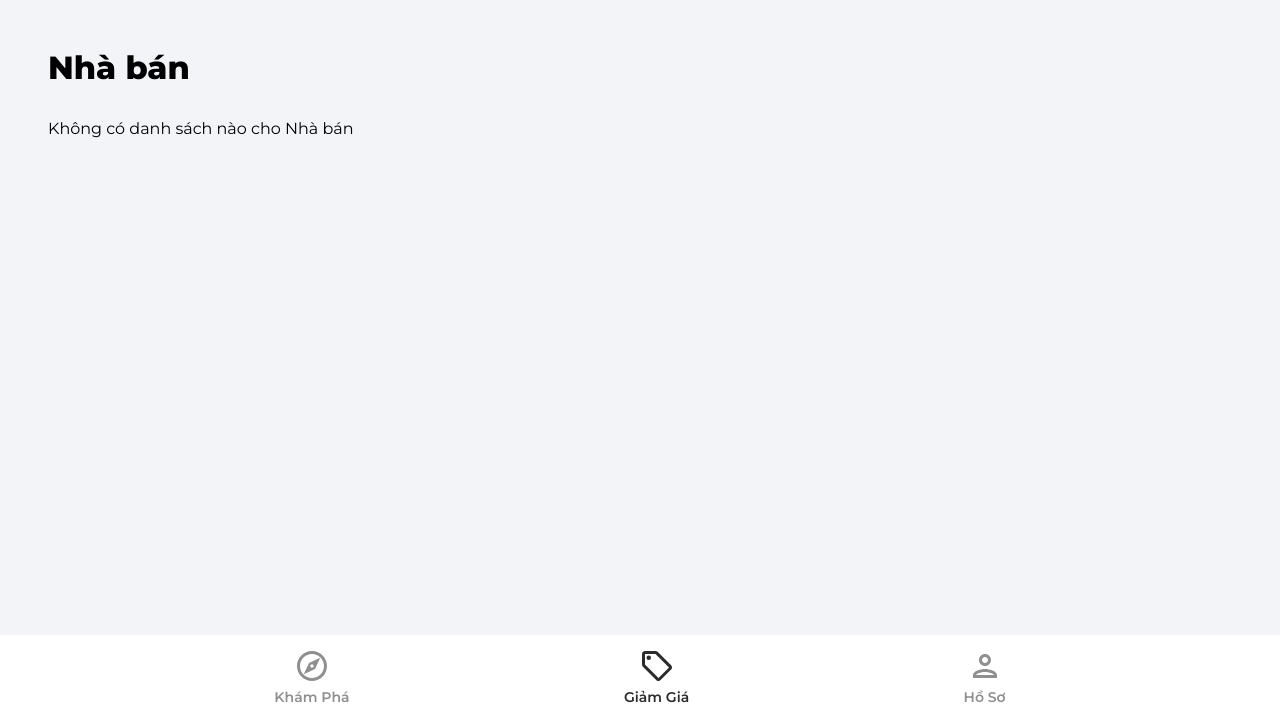
Repository: haokiet2501/house-demo
Page: /offers
The author's editor kept a copy of each file at every save. The page is drawn from the files as they stood at one save, then again after the next save.
The browser window is 1280 px wide. The pictures show the whole page.
The page's requests for data from a server got no answer. The project was rebuilt for these pictures with package versions that can differ from the ones it lists, and the page was loaded fresh each time. No one was signed in, and anything a server would have sent is missing. Also part of the build but not shown: src/pages/Explore.jsx, src/components/ListingItem.jsx, src/pages/Category.jsx, src/pages/Profile.jsx, src/components/OAuth.jsx, src/pages/SignIn.jsx, src/pages/SignUp.jsx, src/pages/ForgotPassword.jsx and 2 more.

Above is the page before, as saved 2022-03-17 18:11:55.

### public/index.html
<!DOCTYPE html>
<html lang="en">
  <head>
    <meta charset="utf-8" />
    <link rel="icon" href="%PUBLIC_URL%/favicon.png" />
    <meta name="viewport" content="width=device-width, initial-scale=1" />
    <meta name="theme-color" content="#000000" />
    <meta
      name="description"
      content="Web site created using create-react-app"
    />
    <link rel="apple-touch-icon" href="%PUBLIC_URL%/logo192.png" />

    <link rel="manifest" href="%PUBLIC_URL%/manifest.json" />

    <title>Nhà Tốt</title>
  </head>
  <body>
    <noscript>You need to enable JavaScript to run this app.</noscript>
    <div id="root"></div>

  </body>
</html>

### src/index.css
@import url('https://fonts.googleapis.com/css2?family=Montserrat:wght@200;300;400;500;600;700;800;900&display=swap');
* {
  box-sizing: border-box;
}

html::-webkit-scrollbar {
  display: none;
}

body {
  font-family: 'Montserrat', sans-serif;
  background-color: #f2f4f8;
  margin: 0;
  box-sizing: border-box;
}

a {
  text-decoration: none;
  display: block;
  color: #000000;
}

button {
  outline: none;
  border: none;
}

.input,
.passwordInput,
.emailInput,
.nameInput,
.textarea {
  box-shadow: rgba(0, 0, 0, 0.11);
  border: none;
  background: #ffffff;
  border-radius: 3rem;
  height: 3rem;
  width: 100%;
  outline: none;
  font-family: 'Montserrat', sans-serif;
  padding: 0 3rem;
  font-size: 1rem;
}
@media (min-width: 1100px) {
  .input,
  .passwordInput,
  .emailInput,
  .nameInput,
  .textarea {
    padding: 0 5rem;
  }
}

.textarea {
  padding: 1rem 1.5rem;
  height: 300px;
  border-radius: 1rem;
}

.primaryButton {
  cursor: pointer;
  background: #00cc66;
  border-radius: 1rem;
  padding: 0.85rem 2rem;
  color: #ffffff;
  font-weight: 600;
  font-size: 1.25rem;
  width: 80%;
  margin: 0 auto;
  display: flex;
  align-items: center;
  justify-content: center;
}

.removeIcon {
  cursor: pointer;
  position: absolute;
  top: -3%;
  right: -2%;
}

.editIcon {
  cursor: pointer;
  position: absolute;
  top: -3.4%;
  right: 20px;
}

.pageContainer,
.offers,
.profile,
.listingDetails,
.category,
.explore {
  margin: 1rem;
}
@media (min-width: 1024px) {
  .pageContainer,
  .offers,
  .profile,
  .listingDetails,
  .category,
  .explore {
    margin: 3rem;
  }
}

.loadingSpinnerContainer {
  position: fixed;
  top: 0;
  right: 0;
  bottom: 0;
  left: 0;
  background-color: rgba(0, 0, 0, 0.5);
  z-index: 5000;
  display: flex;
  justify-content: center;
  align-items: center;
}

.loadingSpinner {
  width: 64px;
  height: 64px;
  border: 8px solid;
  border-color: #00cc66 transparent #00cc66 transparent;
  border-radius: 50%;
  animation: spin 1.2s linear infinite;
}
@keyframes spin {
  0% {
    transform: rotate(0deg);
  }
  100% {
    transform: rotate(360deg);
  }
}

.pageHeader {
  font-size: 2rem;
  font-weight: 800;
}

.navbar {
  position: fixed;
  left: 0;
  bottom: 0;
  right: 0;
  height: 85px;
  background-color: #ffffff;
  z-index: 1000;
  display: flex;
  justify-content: center;
  align-items: center;
}

.navbarNav {
  width: 100%;
  margin-top: 0.75rem;
  overflow-y: hidden;
}

.navbarListItems {
  margin: 0;
  padding: 0;
  display: flex;
  justify-content: space-evenly;
  align-items: center;
}

.navbarListItem {
  cursor: pointer;
  display: flex;
  flex-direction: column;
  justify-content: space-evenly;
  align-items: center;
}

.navbarListItemName,
.navbarListItemNameActive {
  margin-top: 0.25rem;
  font-size: 14px;
  font-weight: 600;
  color: #8f8f8f;
}
.navbarListItemNameActive {
  color: #2c2c2c;
}

.nameInput {
  margin-bottom: 2rem;
  background: url('./assets/svg/badgeIcon.svg') #ffffff 2.5% center no-repeat;
}

.emailInput {
  margin-bottom: 2rem;
  background: url('./assets/svg/personIcon.svg') #ffffff 2.5% center no-repeat;
}

.passwordInputDiv {
  position: relative;
}

.passwordInput {
  margin-bottom: 2rem;
  background: url('./assets/svg/lockIcon.svg') #ffffff 2.5% center no-repeat;
}

.showPassword {
  cursor: pointer;
  position: absolute;
  top: -4%;
  right: 1%;
  padding: 1rem;
}

.forgotPasswordLink {
  cursor: pointer;
  color: #00cc66;
  font-weight: 600;
  text-align: right;
}

.signInBar,
.signUpBar {
  margin-top: 3rem;
  display: flex;
  justify-content: space-between;
  align-items: center;
  position: inherit;
}

.signInButton,
.signUpButton,
.signInText,
.signUpText {
  cursor: pointer;
}
@media (min-width: 1024px) {
  .signInBar,
  .signUpBar {
    justify-content: start;
  }
}

.signInText,
.signUpText {
  font-size: 1.5rem;
  font-weight: 700;
}

.signInButton,
.signUpButton {
  display: flex;
  justify-content: center;
  align-items: center;
  width: 3rem;
  height: 3rem;
  background-color: #00cc66;
  border-radius: 50%;
}
@media (min-width: 1024px) {
  .signInButton,
  .signUpButton {
    margin-left: 3rem;
  }
}

.socialLogin {
  margin-top: 4rem;
  display: flex;
  flex-direction: column;
  align-items: center;
}

.socialIconDiv {
  cursor: pointer;
  display: flex;
  justify-content: center;
  align-items: center;
  padding: 0.75rem;
  margin: 1.5rem;
  width: 3rem;
  height: 3rem;
  background-color: #ffffff;
  border-radius: 50%;
  box-shadow: 0 4px 8px 0 rgba(0, 0, 0, 0.1);
}

.socialIconImg {
  width: 100%;
}

.registerLink {
  margin-top: 4rem;
  color: #00cc66;
  font-weight: 600;
  text-align: center;
  margin-bottom: 3rem;
}

@media (min-width: 1217px) {
  .explore {
    margin-bottom: 10rem;
  }
}
@media (max-height: 536) {
  .explore {
    margin-bottom: 10rem;
  }
}

.exploreHeading,
.exploreCategoryHeading {
  font-weight: 700;
  font-size: 1.5rem;
}

.exploreCategoryHeading {
  margin-top: 3rem;
}

.swiper-container {
  min-height: 225px;
  height: 23vw;
}

.swiper-pagination-bullet-active {
  background-color: #ffffff !important;
}

.swiperSlideDiv {
  position: relative;
  width: 100%;
  height: 100%;
}

.swiperSlideImg {
  width: 100%;
  object-fit: cover;
}

.swiperSlideText {
  color: #ffffff;
  position: absolute;
  top: 70px;
  left: 0;
  font-weight: 600;
  max-width: 90%;
  font-size: 1.25rem;
  background-color: rgba(0, 0, 0, 0.8);
  padding: 0.5rem;
}
@media (min-width: 1024px) {
  .swiperSlideText {
    font-size: 1.75rem;
  }
}

.swiperSlidePrice {
  color: #000000;
  position: absolute;
  top: 143px;
  left: 11px;
  font-weight: 600;
  max-width: 90%;
  background-color: #ffffff;
  padding: 0.25rem 0.5rem;
  border-radius: 1rem;
}
@media (min-width: 1024px) {
  .swiperSlidePrice {
    font-size: 1.25rem;
  }
}

.exploreCategories {
  display: flex;
  justify-content: space-between;
}
.exploreCategories a {
  width: 48%;
}

.exploreCategoryImg {
  min-height: 115px;
  height: 15vw;
  width: 100%;
  border-radius: 1.5rem;
  object-fit: cover;
  margin: 0 auto;
}

.exploreCategoryName {
  font-weight: 600;
  color: #333333;
  text-align: left;
}

.category {
  margin-bottom: 10rem;
}

.categoryListings {
  padding: 0;
}

.categoryListing {
  display: flex;
  justify-content: space-between;
  align-items: center;
  margin-bottom: 1rem;
  position: relative;
}

.categoryListingLink {
  display: contents;
}

.categoryListingImg {
  width: 30%;
  height: 100px;
  border-radius: 1.5rem;
  object-fit: cover;
}
@media (min-width: 1024px) {
  .categoryListingImg {
    width: 19%;
    height: 217px;
  }
}

.categoryListingDetails {
  width: 65%;
}
@media (min-width: 1024px) {
  .categoryListingDetails {
    width: 79%;
  }
}

.categoryListingLocation {
  font-weight: 600;
  font-size: 1rem;
  opacity: 0.8;
  margin-bottom: 5px;
}

.categoryListingName {
  font-weight: 600;
  font-size: 1.25rem;
  margin: 0;
}

.categoryListingPrice {
  margin-top: 0.5rem;
  font-weight: 600;
  font-size: 1.1rem;
  color: #00cc66;
  margin-bottom: 0;
  display: flex;
  align-items: center;
}

.categoryListingInfoDiv {
  display: flex;
  justify-content: space-between;
  max-width: 275px;
}

.categoryListingInfoText {
  font-weight: 500;
  font-size: 0.9rem;
}

.loadMore {
  cursor: pointer;
  width: 8rem;
  margin: 0 auto;
  text-align: center;
  padding: 0.25rem 0.5rem;
  background-color: #000000;
  color: #ffffff;
  font-weight: 600;
  border-radius: 1rem;
  opacity: 0.7;
  margin-top: 2rem;
}

.listingDetails {
  margin-bottom: 10rem;
}

.shareIconDiv {
  cursor: pointer;
  position: fixed;
  top: 3%;
  right: 5%;
  z-index: 2;
  background-color: #ffffff;
  border-radius: 50%;
  width: 3rem;
  height: 3rem;
  display: flex;
  justify-content: center;
  align-items: center;
}

.listingName {
  font-weight: 600;
  font-size: 1.5rem;
  margin-bottom: 0.5rem;
}

.listingLocation {
  margin-top: 0;
  font-weight: 600;
}

.discountPrice {
  padding: 0.25rem 0.5rem;
  background-color: #000000;
  color: #ffffff;
  border-radius: 1rem;
  font-size: 0.8rem;
  font-weight: 600;
  display: inline;
}

.listingType {
  padding: 0.25rem 0.5rem;
  background-color: #00cc66;
  color: #ffffff;
  border-radius: 2rem;
  display: inline;
  font-weight: 600;
  font-size: 0.8rem;
  margin-right: 1rem;
}

.listingDetailsList {
  padding: 0;
  list-style-type: none;
}
.listingDetailsList li {
  margin: 0.3rem 0;
  font-weight: 500;
  opacity: 0.8;
}

.listingLocationTitle {
  margin-top: 2rem;
  font-weight: 600;
  font-size: 1.25rem;
}

.leafletContainer {
  width: 100%;
  height: 200px;
  overflow-x: hidden;
  margin-bottom: 3rem;
}
@media (min-width: 1024px) {
  .leafletContainer {
    height: 400px;
  }
}

.linkCopied {
  position: fixed;
  top: 9%;
  right: 5%;
  z-index: 2;
  background-color: #ffffff;
  border-radius: 1rem;
  padding: 0.5rem 1rem;
  font-weight: 600;
}

.contactListingName {
  margin-top: -1rem;
  margin-bottom: 0;
  font-weight: 600;
}

.contactListingLocation {
  margin-top: 0.25rem;
  font-weight: 600;
}

.contactLandlord {
  margin-top: 2rem;
  display: flex;
  align-items: center;
}

.landlordName {
  font-weight: 600;
  font-size: 1.2rem;
}

.messageForm {
  margin-top: 0.5rem;
}

.messageDiv {
  margin-top: 2rem;
  display: flex;
  flex-direction: column;
  margin-bottom: 4rem;
}

.messageLabel {
  margin-bottom: 0.5rem;
}

.profile {
  margin-bottom: 10rem;
}

.profileHeader {
  display: flex;
  justify-content: space-between;
  align-items: center;
}

.logOut {
  cursor: pointer;
  font-family: 'Montserrat', sans-serif;
  font-size: 1rem;
  font-weight: 600;
  color: #ffffff;
  background-color: #00cc66;
  padding: 0.25rem 0.75rem;
  border-radius: 1rem;
}

.profileDetailsHeader {
  display: flex;
  justify-content: space-between;
  max-width: 500px;
}

.personalDetailsText {
  font-weight: 600;
}

.changePersonalDetails {
  cursor: pointer;
  font-weight: 600;
  color: #00cc66;
}

.profileCard {
  background-color: #ffffff;
  border-radius: 1rem;
  padding: 1rem;
  box-shadow: rgba(0, 0, 0, 0.2);
  max-width: 500px;
}

.profileDetails {
  display: flex;
  flex-direction: column;
}

.profileName,
.profileEmail,
.profileAddress,
.profileAddressActive,
.profileEmailActive,
.profileNameActive {
  all: unset;
  margin: 0.3rem 0;
  font-weight: 600;
  width: 100%;
}
.profileNameActive {
  background-color: rgba(44, 44, 44, 0.1);
}

.profileEmail,
.profileAddress,
.profileAddressActive,
.profileEmailActive {
  font-weight: 500;
}
.profileEmailActive {
  background-color: rgba(44, 44, 44, 0.1);
}

.profileAddressActive {
  background-color: rgba(44, 44, 44, 0.1);
}

.createListing {
  background-color: #ffffff;
  border-radius: 1rem;
  padding: 0.25rem 1rem;
  box-shadow: rgba(0, 0, 0, 0.2);
  margin-top: 2rem;
  font-weight: 600;
  max-width: 500px;
  display: flex;
  justify-content: space-between;
  align-items: center;
}

.listingText {
  margin-top: 3rem;
  font-weight: 600;
}

.lisitingsList {
  padding: 0;
}

.formLabel {
  font-weight: 600;
  margin-top: 1rem;
  display: block;
}

.formButtons {
  display: flex;
}

.formButton,
.formInput,
.formInputAddress,
.formInputName,
.formInputSmall,
.formInputFile,
.formButtonActive {
  padding: 0.9rem 3rem;
  background-color: #ffffff;
  font-weight: 600;
  border-radius: 1rem;
  font-size: 1rem;
  margin: 0.5rem 0.5rem 0 0;
  display: flex;
  justify-content: center;
  align-items: center;
}
.formButtonActive {
  background-color: #00cc66;
  color: #ffffff;
}

.flex {
  display: flex;
}

.formInput,
.formInputAddress,
.formInputName,
.formInputSmall,
.formInputFile {
  border: none;
  outline: none;
  font-family: 'Montserrat', sans-serif;
}
.formInputSmall,
.formInputFile {
  margin-right: 3rem;
  padding: 0.9rem 0.7rem;
  text-align: center;
}

.formInputName {
  padding: 0.9rem 1rem;
  width: 90%;
  max-width: 326px;
}

.formInputAddress {
  padding: 0.9rem 1rem;
  width: 90%;
  max-width: 326px;
}

.formPriceDiv {
  display: flex;
  align-items: center;
}

.formPriceText {
  margin-left: -1.5rem;
  font-weight: 600;
}

.imagesInfo {
  font-size: 0.9rem;
  opacity: 0.75;
}

.formInputFile {
  width: 100%;
}
.formInputFile::-webkit-file-upload-button {
  background-color: #00cc66;
  border: none;
  color: #ffffff;
  font-weight: 600;
  padding: 0.5rem 0.75rem;
  border-radius: 1rem;
  margin-right: 1rem;
}

.createListingButton {
  margin-top: 5rem;
}

.offers {
  margin-bottom: 10rem;
}

.offerBadge {
  padding: 0.25rem 0.5rem;
  background-color: #000000;
  color: #ffffff;
  border-radius: 1rem;
  margin-left: 1rem;
  font-size: 0.8rem;
  opacity: 0.75;
}

### src/App.js
import { BrowserRouter as Router, Routes, Route } from 'react-router-dom'
import { ToastContainer } from 'react-toastify'
import 'react-toastify/dist/ReactToastify.css';

import Explore from './pages/Explore'
import Offers from './pages/Offers'
import Category from './pages/Category'
import Profile from './pages/Profile'
import SignIn from './pages/SignIn'
import SignUp from './pages/SignUp'
import ForgotPassword from './pages/ForgotPassword'
import Navbar from './components/Navbar'
import PrivateRoute from './components/PrivateRoute'

function App() {
  return (
    <>
      <Router>
        <Routes>
          <Route exact path='/' element={<Explore />} />
          <Route path='/offers' element={<Offers />} />
          <Route path='/category/:categoryName' element={<Category />} />
          <Route path='/profile' element={<PrivateRoute />}>
            <Route path='/profile' element={<Profile />} />
          </Route>
          <Route path='/sign-in' element={<SignIn />} />
          <Route path='/sign-up' element={<SignUp />} />
          <Route path='/forgot-password' element={<ForgotPassword />} />
        </Routes>

        <Navbar />
      </Router>

      <ToastContainer />
    </>
  );
}

export default App;

### src/pages/Offers.jsx
import { useState, useEffect } from 'react'
import { useParams } from 'react-router-dom'
import {
    collection,
    getDocs,
    query,
    where,
    orderBy,
    limit,
    startAfter
} from 'firebase/firestore'
import { db } from '../firebase.config'
import { toast } from 'react-toastify'
import Spinner from '../components/Spinner'
import ListingItem from '../components/ListingItem'

function Offers() {
    const [listings, setListings] = useState(null)
    const [loading, setLoading] = useState(true)

    const params = useParams()

    useEffect(() => {
        const fetchListings = async () => {
            try {
                // Get reference
                const listingsRef = collection(db, 'listings')

                // Create a query
                const q = query(
                    listingsRef,
                    where('offer', '==', true),
                    orderBy('timestamp', 'desc'),
                    limit(10)
                )

                // Execute query
                const querySnap = await getDocs(q)

                const listings = []

                querySnap.forEach((doc) => {
                    return listings.push({
                        id: doc.id,
                        data: doc.data()
                    })
                })

                setListings(listings)
                setLoading(false)
            } catch (error) {
                toast.error('Không tìm thấy dữ liệu nào')
            }
        }

        fetchListings()
    }, [])

    return (
        <div className='category'>
            <header>
                <p className="pageHeader">
                    {params.categoryName === 'rent'
                        ? 'Nhà cho thuê'
                        : 'Nhà bán'
                    }
                </p>
            </header>

            {loading ? (
                <Spinner />
            ) : listings && listings.length > 0 ? (
                <>
                    <main>
                        <ul className='categoryListings'>
                            {listings.map((listing) => (
                                <ListingItem
                                    listing={listing.data}
                                    id={listing.id}
                                    key={listing.id}
                                />
                            ))}
                        </ul>
                    </main>
                </>
            ) : (
                <p>Không có danh sách nào cho {params.categoryName === 'rent' ? 'Nhà cho thuê' : 'Nhà bán'}
                </p>
            )}
        </div>
    )
}

export default Offers

### src/components/Navbar.jsx
import { useNavigate, useLocation } from 'react-router-dom'
import { ReactComponent as OfferIcon } from '../assets/svg/localOfferIcon.svg'
import { ReactComponent as ExploreIcon } from '../assets/svg/exploreIcon.svg'
import { ReactComponent as PersonOutlineIcon } from '../assets/svg/personOutlineIcon.svg'

function Navbar() {
    const navigate = useNavigate()
    const location = useLocation()

    const pathMatchRoute = (route) => {
        if(route === location.pathname) {
            return true
        }
    }

    return (
        <footer className='navbar'>
            <nav className="navbarNav">
                <ul className="navbarListItems">
                    <li className="navbarListItem" onClick={() => navigate('/')}>
                        <ExploreIcon
                            fill={pathMatchRoute('/') ? '#2c2c2c' : '#8f8f8f'}
                            width='36px' height='36px'
                        />
                        <p
                            className={pathMatchRoute('/')
                            ? 'navbarListItemNameActive' : 'navbarListItemName'}
                        >
                            Khám Phá
                        </p>
                    </li>

                    <li className="navbarListItem" onClick={() => navigate('/offers')}>
                        <OfferIcon
                            fill={pathMatchRoute('/offers') ? '#2c2c2c' : '#8f8f8f'} width='36px' height='36px'
                        />
                        <p
                            className={pathMatchRoute('/offers')
                            ? 'navbarListItemNameActive' : 'navbarListItemName'}
                        >
                            Giảm Giá
                        </p>
                    </li>

                    <li className="navbarListItem" onClick={() => navigate('/profile')}>
                        <PersonOutlineIcon
                            fill={pathMatchRoute('/profile') ? '#2c2c2c' : '#8f8f8f'} width='36px' height='36px'
                        />
                        <p
                            className={pathMatchRoute('/profile')
                            ? 'navbarListItemNameActive' : 'navbarListItemName'}
                        >
                            Hồ Sơ
                        </p>
                    </li>
                </ul>
            </nav>
        </footer>
    )
}

export default Navbar

### src/firebase.config.js
import { initializeApp } from "firebase/app";
import { getFirestore } from 'firebase/firestore'

const firebaseConfig = {
  apiKey: "AIzaSyDziCmo2NqVuKY3Xm35ntmUbGxh8Wt1bmk",
  authDomain: "house-marketplace-app-17acd.firebaseapp.com",
  projectId: "house-marketplace-app-17acd",
  storageBucket: "house-marketplace-app-17acd.appspot.com",
  messagingSenderId: "183679441165",
  appId: "1:183679441165:web:68d2a9ff47f98724e4b844"
};

// Initialize Firebase
const app = initializeApp(firebaseConfig);
export const db = getFirestore()

### src/components/Spinner.jsx
import React from 'react'

function Spinner() {
    return (
        <div className='loadingSpinnerContainer'>
            <div className="loadingSpinner"></div>
        </div>
    )
}

export default Spinner

Loaded but not shown: src/index.js (common file); src/reportWebVitals.js (common file)

After the next save:
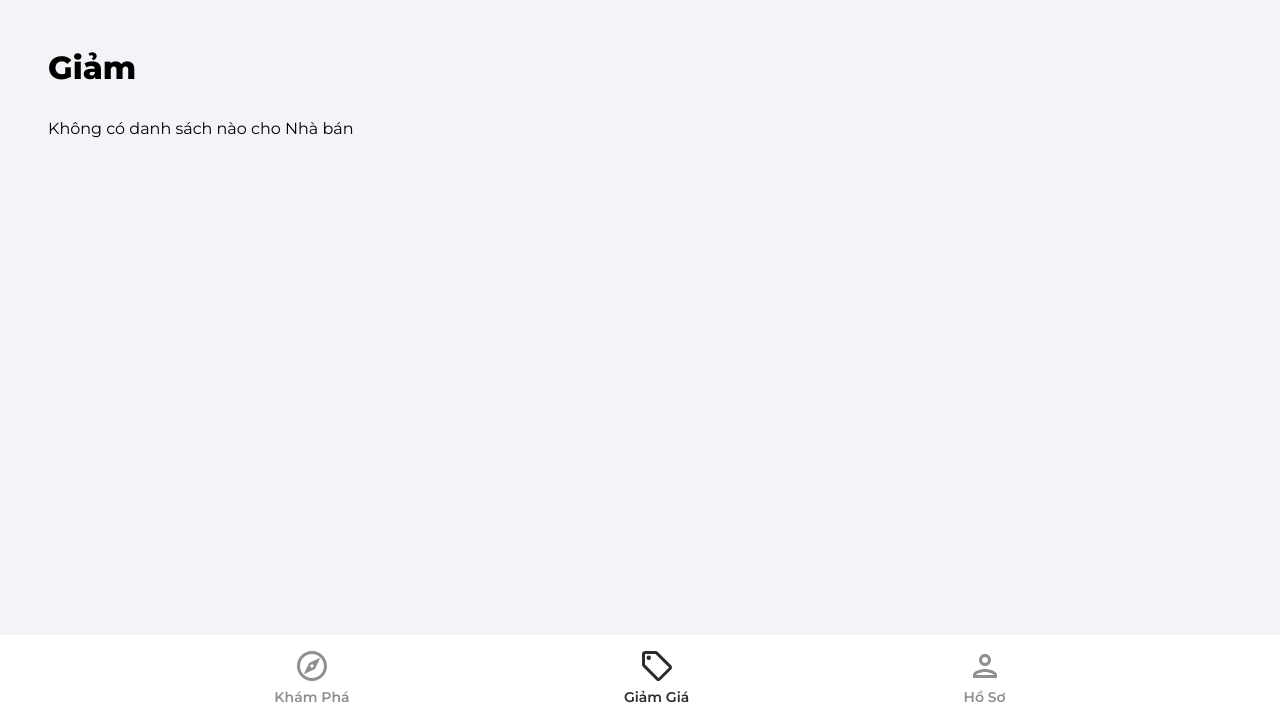
Saved 21 s later.
--- a/src/pages/Offers.jsx
+++ b/src/pages/Offers.jsx
@@ -60,10 +60,7 @@ function Offers() {
         <div className='category'>
             <header>
                 <p className="pageHeader">
-                    {params.categoryName === 'rent'
-                        ? 'Nhà cho thuê'
-                        : 'Nhà bán'
-                    }
+                    Giảm
                 </p>
             </header>
 
